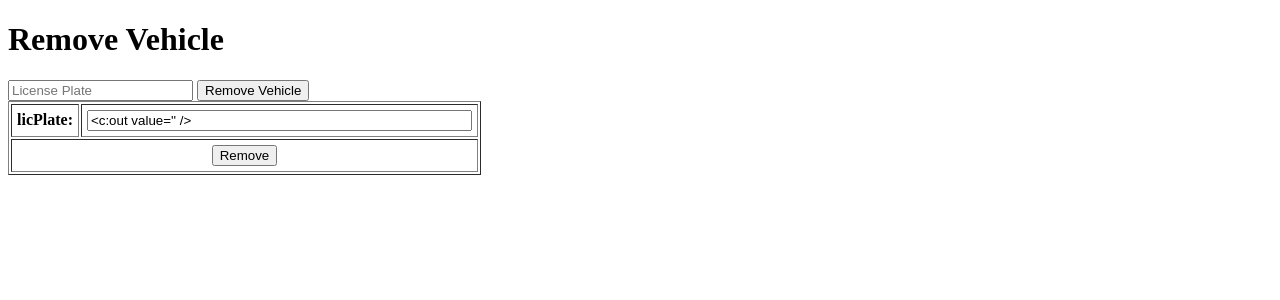
Repository: kensevv/nevexisDemos
Page: http://localhost/Car_Rental_Management_System/RemoveVehicle.jsp
These files come from the project's save history. The page is drawn as it stood at one moment and after the next save; the edit follows.
The browser window is 1280 px wide. The pictures show the whole page.
The page is served by Tomcat 9. Nobody is signed in. The application's start-up code is not run. Other server files are loaded and not shown.

Above is the page before, as saved 2021-03-24 17:23:22.

### Car_Rental_Management_System/src/main/webapp/RemoveVehicle.jsp
<%@ page language="java" contentType="text/html; charset=ISO-8859-1"
	pageEncoding="ISO-8859-1"%>
<!DOCTYPE html>
<html>
<head>
<meta charset="ISO-8859-1">
<title>Insert title here</title>
</head>
<body>
	<h1>Remove Vehicle</h1>
	<form method="get" action="delete">
	<input type="text" name="licPlate" placeholder="License Plate"></input>
	<button type="submit" class="removeBtn">Remove Vehicle</button>
</form>
	<table border="1" cellpadding="5">
		<tr>
			<th>licPlate:</th>
			<td><input type="text" name="licPlate" size="45"
				value="<c:out value='${licPlate}' />" /></td>
		</tr>
		<tr>
			<td colspan="2" align="center">
				<form action="delete" class="inline">
					<button>Remove</button>
				</form>
			</td>
		</tr>
	</table>

</body>
</html>

After the next save:
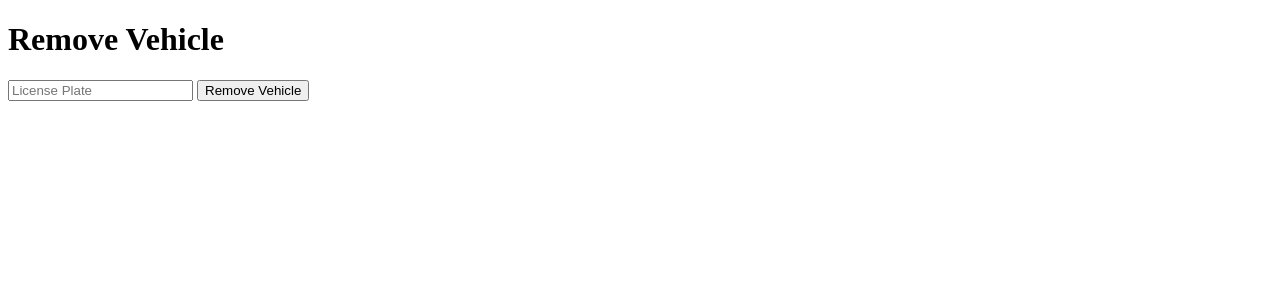
Saved 5 s later.
--- a/Car_Rental_Management_System/src/main/webapp/RemoveVehicle.jsp
+++ b/Car_Rental_Management_System/src/main/webapp/RemoveVehicle.jsp
@@ -12,20 +12,5 @@
 	<input type="text" name="licPlate" placeholder="License Plate"></input>
 	<button type="submit" class="removeBtn">Remove Vehicle</button>
 </form>
-	<table border="1" cellpadding="5">
-		<tr>
-			<th>licPlate:</th>
-			<td><input type="text" name="licPlate" size="45"
-				value="<c:out value='${licPlate}' />" /></td>
-		</tr>
-		<tr>
-			<td colspan="2" align="center">
-				<form action="delete" class="inline">
-					<button>Remove</button>
-				</form>
-			</td>
-		</tr>
-	</table>
-
 </body>
 </html>
